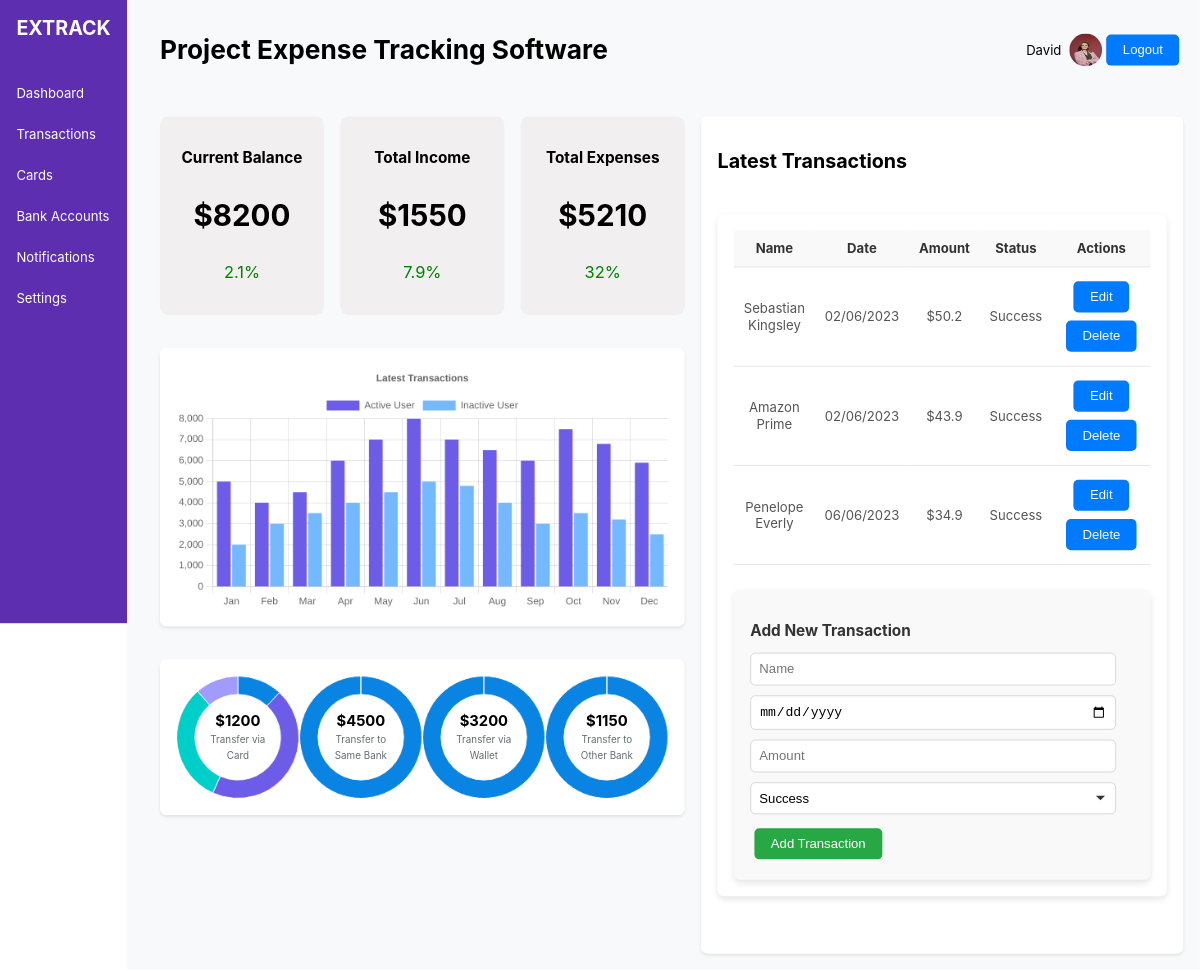
Repository: ChristhurasaRoshan/Expense-Tracker
Page: /login
An editor plug-in stored every save of this project. The page is shown before and after a run of saves, followed by the edit.
The browser window is 1280 px wide. The page is 1463 px wide, so the pictures cover 1463 px, including what lies to the right of the window. The pictures show the whole page, at 82% of full size.
The project was rebuilt for these pictures with package versions that can differ from the ones it lists, and the page was loaded fresh each time. A package was used in the major version that the imports need, not the one package.json lists.

Above is the page before, as saved 2024-08-22 11:44:31.

### src/App.js
import React from 'react';
import { Provider } from 'react-redux'; // Import Provider from react-redux
import store from './store'; // Import the Redux store
import Sidebar from '../src/Components/Sidebar';
import Header from '../src/Components/Header';
import Dashboard from '../src/Components/Dashboard';
import './App.css';

function App() {
  return (
    <Provider store={store}> {/* Wrap the app with Provider */}
      <div className="app">
        <Sidebar />
        <div className="main-content">
          <Header />
          <Dashboard />
        </div>
      </div>
    </Provider>
  );
}

export default App;

### src/store.js
import { configureStore } from '@reduxjs/toolkit';
import transactionReducer from './slices/transactionSlice';
import authReducer from './slices/authSlice';

const store = configureStore({
  reducer: {
    transactions: transactionReducer,
    auth: authReducer,
  },
});

export default store;

### src/Components/Sidebar.jsx
import React from 'react';
import '../Styles/Sidebar.css';

const Sidebar = () => {
  return (
    <div className="sidebar">
      <div className="logo">EXTRACK</div>
      <ul>
        <li>Dashboard</li>
        <li>Transactions</li>
        <li>Cards</li>
        <li>Bank Accounts</li>
        <li>Notifications</li>
        <li>Settings</li>
      </ul>
    </div>
  );
};

export default Sidebar;

### src/Components/Header.jsx
import React from 'react';
import { useHistory } from 'react-router-dom';
import { useDispatch } from 'react-redux'; // Assuming you're using Redux for authentication state
import { logout } from '../slices/authSlice'; // Import your logout action
import '../Styles/Header.css';

const Header = () => {
  const history = useHistory();
  const dispatch = useDispatch();

  const handleLogout = () => {
    // Dispatch the logout action (update your Redux store or clear authentication tokens)
    dispatch(logout());

    // Redirect to the login page
    history.push('/login');
  };

  return (
    <div className="header">
      <h1>Project Expense Tracking Software</h1>
      <div className="user-profile">
        <span>David</span>
        <img src="user-profile.jpg" alt="Profile" />
        <button className="logout-button" onClick={handleLogout}>Logout</button>
      </div>
    </div>
  );
};

export default Header;

### src/Components/Dashboard.jsx
import React from 'react';
import Card from './Card';
import TransactionList from './TransactionList';
import ExpenseChart from './ExpenseChart';
import AmountTransfer from './AmountTransfer';
import '../Styles/Dashboard.css';

const Dashboard = () => {
  return (
    <div className="dashboard">
      <div className="dashboard-left">
        <div className="dashboard-header">
          <Card title="Current Balance" amount="$8200" percentage="2.1%" />
          <Card title="Total Income" amount="$1550" percentage="7.9%" />
          <Card title="Total Expenses" amount="$5210" percentage="32%" />
        </div>
        <ExpenseChart />
        <AmountTransfer />
      </div>
      <div className="dashboard-right">
        <div className="latest-transactions">
          <h2>Latest Transactions</h2>
          <TransactionList />
        </div>
      </div>
    </div>
  );
};

export default Dashboard;

### src/App.css
.app {
  display: flex;
}

.main-content {
  flex: 1;
  background-color: #f8f9fa;
  padding-left: 20px;
}

### src/slices/transactionSlice.js
import { createSlice } from '@reduxjs/toolkit';

const initialState = [
  { id: 1, name: "Sebastian Kingsley", date: "02/06/2023", amount: "$50.2", status: "Success" },
  { id: 2, name: "Amazon Prime", date: "02/06/2023", amount: "$43.9", status: "Success" },
  { id: 3, name: "Penelope Everly", date: "06/06/2023", amount: "$34.9", status: "Success" },
];

const transactionSlice = createSlice({
  name: 'transactions',
  initialState,
  reducers: {
    addTransaction: (state, action) => {
      state.push({ id: Date.now(), ...action.payload });
    },
    deleteTransaction: (state, action) => {
      return state.filter(transaction => transaction.id !== action.payload);
    },
    updateTransaction: (state, action) => {
      const index = state.findIndex(transaction => transaction.id === action.payload.id);
      if (index !== -1) {
        state[index] = { ...state[index], ...action.payload };
      }
    },
  },
});

export const { addTransaction, deleteTransaction, updateTransaction } = transactionSlice.actions;
export default transactionSlice.reducer;

### src/slices/authSlice.js
import { createSlice } from '@reduxjs/toolkit';

const initialState = {
  isAuthenticated: false,
  user: null,
};

const authSlice = createSlice({
  name: 'auth',
  initialState,
  reducers: {
    login: (state, action) => {
      state.isAuthenticated = true;
      state.user = action.payload;
    },
    logout: (state) => {
      state.isAuthenticated = false;
      state.user = null;
    },
    register: (state, action) => {
      // Handle registration if needed
    },
  },
});

export const { login, logout, register } = authSlice.actions;
export default authSlice.reducer;

### src/Styles/Sidebar.css
.sidebar {
    width: 250px;
    background-color: #5d2eaf;
    color: white;
    height: 100vh;
    padding: 20px;
  }

  .logo {
    font-size: 24px;
    font-weight: bold;
    margin-bottom: 40px;
  }

  .sidebar ul {
    list-style: none;
    padding: 0;
  }

  .sidebar ul li {
    padding: 15px 0;
    cursor: pointer;
  }

  .sidebar ul li:hover {
    background-color: rgba(255, 255, 255, 0.1);
  }

### src/Styles/Header.css
.header {
    display: flex;
    justify-content: space-between;
    align-items: center;
    padding: 20px;
  }

  .user-profile {
    display: flex;
    align-items: center;
  }

  .user-profile span {
    margin-right: 10px;
  }

  .user-profile img {
    width: 40px;
    height: 40px;
    border-radius: 50%;
  }

### src/Components/Card.jsx
import React from 'react';
import '../Styles/Card.css';

const Card = ({ title, amount, percentage }) => {
  return (
    <div className="card">
      <h3>{title}</h3>
      <p className="amount">{amount}</p>
      <p className="percentage">{percentage}</p>
    </div>
  );
};

export default Card;

### src/Components/TransactionList.jsx
import React, { useState } from 'react';
import { useDispatch, useSelector } from 'react-redux';
import { addTransaction, deleteTransaction, updateTransaction } from '../slices/transactionSlice';
import '../Styles/TransactionList.css';

const TransactionList = () => {
  const transactions = useSelector((state) => state.transactions);
  const dispatch = useDispatch();

  const [newTransaction, setNewTransaction] = useState({ name: '', date: '', amount: '', status: 'Success' });
  const [editTransaction, setEditTransaction] = useState(null);
  const [errors, setErrors] = useState({});

  const validateTransaction = (transaction) => {
    const errors = {};
    if (!transaction.name) errors.name = 'Name is required';
    if (!transaction.date) errors.date = 'Date is required';
    if (!transaction.amount || isNaN(transaction.amount) || Number(transaction.amount) <= 0) errors.amount = 'Amount must be a positive number';
    return errors;
  };

  const handleAddTransaction = () => {
    const validationErrors = validateTransaction(newTransaction);
    if (Object.keys(validationErrors).length === 0) {
      dispatch(addTransaction({ ...newTransaction, id: Date.now() })); // Add unique id
      setNewTransaction({ name: '', date: '', amount: '', status: 'Success' });
      setErrors({});
    } else {
      setErrors(validationErrors);
    }
  };

  const handleUpdateTransaction = (id) => {
    if (editTransaction) {
      const validationErrors = validateTransaction(editTransaction);
      if (Object.keys(validationErrors).length === 0) {
        dispatch(updateTransaction({ id, ...editTransaction }));
        setEditTransaction(null);
        setErrors({});
      } else {
        setErrors(validationErrors);
      }
    }
  };

  const handleEditClick = (transaction) => {
    setEditTransaction({ ...transaction });
    setErrors({});
  };

  const handleDelete = (id) => {
    const isConfirmed = window.confirm("Are you sure you want to delete this transaction?");
    if (isConfirmed) {
      dispatch(deleteTransaction(id));
    }
  };

  return (
    <div className="transaction-list">
      <table>
        <thead>
          <tr>
            <th>Name</th>
            <th>Date</th>
            <th>Amount</th>
            <th>Status</th>
            <th>Actions</th>
          </tr>
        </thead>
        <tbody>
          {transactions.map((transaction) => (
            <tr key={transaction.id}>
              <td>
                {editTransaction && editTransaction.id === transaction.id ? (
                  <input
                    type="text"
                    value={editTransaction.name}
                    onChange={(e) => setEditTransaction({ ...editTransaction, name: e.target.value })}
                  />
                ) : (
                  transaction.name
                )}
              </td>
              <td>
                {editTransaction && editTransaction.id === transaction.id ? (
                  <input
                    type="date"
                    value={editTransaction.date}
                    onChange={(e) => setEditTransaction({ ...editTransaction, date: e.target.value })}
                  />
                ) : (
                  transaction.date
                )}
              </td>
              <td>
                {editTransaction && editTransaction.id === transaction.id ? (
                  <input
                    type="text"
                    value={editTransaction.amount}
                    onChange={(e) => setEditTransaction({ ...editTransaction, amount: e.target.value })}
                  />
                ) : (
                  transaction.amount
                )}
              </td>
              <td>
                {editTransaction && editTransaction.id === transaction.id ? (
                  <select
                    value={editTransaction.status}
                    onChange={(e) => setEditTransaction({ ...editTransaction, status: e.target.value })}
                  >
                    <option value="Success">Success</option>
                    <option value="Fail">Fail</option>
                  </select>
                ) : (
                  transaction.status
                )}
              </td>
              <td>
                {editTransaction && editTransaction.id === transaction.id ? (
                  <>
                    <button onClick={() => handleUpdateTransaction(transaction.id)}>Save</button>
                    <button onClick={() => setEditTransaction(null)}>Cancel</button>
                  </>
                ) : (
                  <>
                    <button onClick={() => handleEditClick(transaction)}>Edit</button>
                    <button onClick={() => handleDelete(transaction.id)}>Delete</button>
                  </>
                )}
              </td>
            </tr>
          ))}
        </tbody>
      </table>

      <div className="add-transaction">
        <h3>Add New Transaction</h3>
        <input
          type="text"
          placeholder="Name"
          value={newTransaction.name}
          onChange={(e) => setNewTransaction({ ...newTransaction, name: e.target.value })}
        />
        {errors.name && <p className="error">{errors.name}</p>}
        <input
          type="date"
          placeholder="Date"
          value={newTransaction.date}
          onChange={(e) => setNewTransaction({ ...newTransaction, date: e.target.value })}
        />
        {errors.date && <p className="error">{errors.date}</p>}
        <input
          type="text"
          placeholder="Amount"
          value={newTransaction.amount}
          onChange={(e) => setNewTransaction({ ...newTransaction, amount: e.target.value })}
        />
        {errors.amount && <p className="error">{errors.amount}</p>}
        <select
          value={newTransaction.status}
          onChange={(e) => setNewTransaction({ ...newTransaction, status: e.target.value })}
        >
          <option value="Success">Success</option>
          <option value="Fail">Fail</option>
        </select>
        <button onClick={handleAddTransaction}>Add Transaction</button>
      </div>
    </div>
  );
};

export default TransactionList;

### src/Components/ExpenseChart.jsx
import React from 'react';
import { Bar } from 'react-chartjs-2';
import { Chart as ChartJS, CategoryScale, LinearScale, BarElement, Title, Tooltip, Legend } from 'chart.js';
import '../Styles/ExpenseChart.css';


ChartJS.register(CategoryScale, LinearScale, BarElement, Title, Tooltip, Legend);

const ExpenseChart = () => {
  const data = {
    labels: ['Jan', 'Feb', 'Mar', 'Apr', 'May', 'Jun', 'Jul', 'Aug', 'Sep', 'Oct', 'Nov', 'Dec'],
    datasets: [
      {
        label: 'Active User',
        data: [5000, 4000, 4500, 6000, 7000, 8000, 7000, 6500, 6000, 7500, 6800, 5900],
        backgroundColor: '#6c5ce7',
      },
      {
        label: 'Inactive User',
        data: [2000, 3000, 3500, 4000, 4500, 5000, 4800, 4000, 3000, 3500, 3200, 2500],
        backgroundColor: '#74b9ff',
      },
    ],
  };

  const options = {
    responsive: true,
    plugins: {
      legend: {
        position: 'top',
      },
      title: {
        display: true,
        text: 'Latest Transactions',
      },
    },
  };

  return (
    <div className="chart-container">
      <Bar data={data} options={options} />
    </div>
  );
};

export default ExpenseChart;

### src/Components/AmountTransfer.jsx
import React from 'react';
import { Doughnut } from 'react-chartjs-2';
import { Chart as ChartJS, ArcElement, Tooltip, Legend } from 'chart.js';
import '../Styles/AmountTransfer.css';

ChartJS.register(ArcElement, Tooltip, Legend);

const AmountTransfer = () => {
  const data = {
    labels: ['Transfer via Card', 'Transfer to Same Bank', 'Transfer via Wallet', 'Transfer to Other Bank'],
    datasets: [
      {
        data: [1200, 4500, 3200, 1150],
        backgroundColor: ['#0984e3', '#6c5ce7', '#00cec9', '#a29bfe'],
        hoverBackgroundColor: ['#74b9ff', '#a29bfe', '#81ecec', '#dfe6e9'],
        borderWidth: 1,
      },
    ],
  };

  const options = {
    responsive: true,
    plugins: {
      legend: {
        display: false,
      },
    },
    cutout: '70%',
  };

  return (
    <div className="amount-transfer-container">
      <div className="doughnut-chart">
        <Doughnut data={data} options={options} />
        <div className="chart-label">
          <p>$1200</p>
          <span>Transfer via Card</span>
        </div>
      </div>
      <div className="doughnut-chart">
        <Doughnut data={{ ...data, datasets: [{ ...data.datasets[0], data: [4500] }] }} options={options} />
        <div className="chart-label">
          <p>$4500</p>
          <span>Transfer to Same Bank</span>
        </div>
      </div>
      <div className="doughnut-chart">
        <Doughnut data={{ ...data, datasets: [{ ...data.datasets[0], data: [3200] }] }} options={options} />
        <div className="chart-label">
          <p>$3200</p>
          <span>Transfer via Wallet</span>
        </div>
      </div>
      <div className="doughnut-chart">
        <Doughnut data={{ ...data, datasets: [{ ...data.datasets[0], data: [1150] }] }} options={options} />
        <div className="chart-label">
          <p>$1150</p>
          <span>Transfer to Other Bank</span>
        </div>
      </div>
    </div>
  );
};

export default AmountTransfer;

### src/Styles/Dashboard.css
.dashboard {
    display: flex;
    gap: 20px;
    padding: 20px;
  }

  .dashboard-left {
    display: flex;
    flex-direction: column;
    gap: 20px;
  }

  .dashboard-header {
    display: flex;
    justify-content: space-between;
    gap: 20px;
  }

  .dashboard-right {
    background-color: #fff;
    padding: 20px;
    border-radius: 8px;
    box-shadow: 0 2px 4px rgba(0, 0, 0, 0.1);
  }

  .latest-transactions {
    margin-top: 20px;
  }

  .latest-transactions h2 {
    margin-bottom: 20px;
  }

  .chart-container,
  .amount-transfer-container {
    background-color: #fff;
    padding: 20px;
    border-radius: 8px;
    box-shadow: 0 2px 4px rgba(0, 0, 0, 0.1);
  }

### src/Styles/Card.css
.card {
    background-color: #f1efef;
    border-radius: 10px;
    padding: 20px;
    width: 30%;
    text-align: center;
  }

  .card .amount {
    font-size: 36px;
    font-weight: bold;
  }

  .card .percentage {
    color: green;
    font-size: 20px;
  }

### src/Styles/TransactionList.css
/* Container for the transaction list */
.transaction-list {
  max-width: 900px;
  margin: 50px auto;
  padding: 20px;
  border-radius: 8px;
  box-shadow: 0 4px 8px rgba(0, 0, 0, 0.1);
  background-color: #ffffff;
}

/* Table styles */
table {
  width: 100%;
  border-collapse: collapse;
}

th, td {
  padding: 12px;
  border-bottom: 1px solid #e1e1e1;
  text-align: center;
}

th {
  background-color: #f9f9f9;
  color: #333;
  font-weight: bold;
}

td {
  color: #555;
}

/* Form input styles */
input[type="text"], input[type="date"], select {
  padding: 10px;
  width: calc(100% - 22px); /* Adjusted width */
  margin-bottom: 12px;
  border: 1px solid #d1d1d1;
  border-radius: 6px;
  box-sizing: border-box;
  font-size: 16px;
}

input:focus, select:focus {
  border-color: #007BFF;
  outline: none;
  box-shadow: 0 0 5px rgba(0, 123, 255, 0.5);
}

/* Button styles */
button {
  padding: 10px 20px;
  margin: 5px;
  border: none;
  background-color: #007BFF;
  color: white;
  cursor: pointer;
  border-radius: 6px;
  font-size: 16px;
  transition: background-color 0.3s ease, transform 0.2s ease;
}

button:hover {
  background-color: #0056b3;
  transform: scale(1.05);
}

/* Add transaction section styles */
.add-transaction {
  margin-top: 30px;
  padding: 20px;
  border-radius: 8px;
  background-color: #f9f9f9;
  box-shadow: 0 4px 8px rgba(0, 0, 0, 0.1);
}

.add-transaction h3 {
  margin-bottom: 15px;
  color: #333;
}

/* Dropdown styling */
select {
  appearance: none;
  background-color: #ffffff;
  background-image: url('data:[embedded picture, 153 characters]');
  background-repeat: no-repeat;
  background-position: right 12px center;
  background-size: 12px 7px;
  padding: 10px;
  border: 1px solid #d1d1d1;
  border-radius: 6px;
  font-size: 16px;
}

/* Button variations for add and delete actions */
.add-transaction button {
  background-color: #28a745;
}

.add-transaction button:hover {
  background-color: #218838;
}

.delete-btn {
  background-color: #dc3545;
}

.delete-btn:hover {
  background-color: #c82333;
}

/* Error message styling */
.error {
  color: #dc3545; /* Red color for errors */
  font-size: 14px;
  margin-top: -10px;
  margin-bottom: 10px;
}

/* Additional Styles */
.add-transaction input[type="text"],
.add-transaction input[type="date"],
.add-transaction select {
  margin-bottom: 12px; /* Adjusted margin for consistency */
}

### src/Styles/ExpenseChart.css
.chart-container {
    margin-top: 20px;
  }

### src/Styles/AmountTransfer.css
.amount-transfer-container {
    display: flex;
    justify-content: space-between;
    margin-top: 20px;
  }

  .doughnut-chart {
    position: relative;
    width: 150px;
    height: 150px;
  }

  .chart-label {
    position: absolute;
    top: 50%;
    left: 50%;
    transform: translate(-50%, -50%);
    text-align: center;
  }

  .chart-label p {
    margin: 0;
    font-size: 18px;
    font-weight: bold;
  }

  .chart-label span {
    font-size: 12px;
    color: #636e72;
  }

Loaded but not shown: public/index.html (common file); src/index.js (common file); src/index.css (common file); src/reportWebVitals.js (common file)

After the next 3 saves:
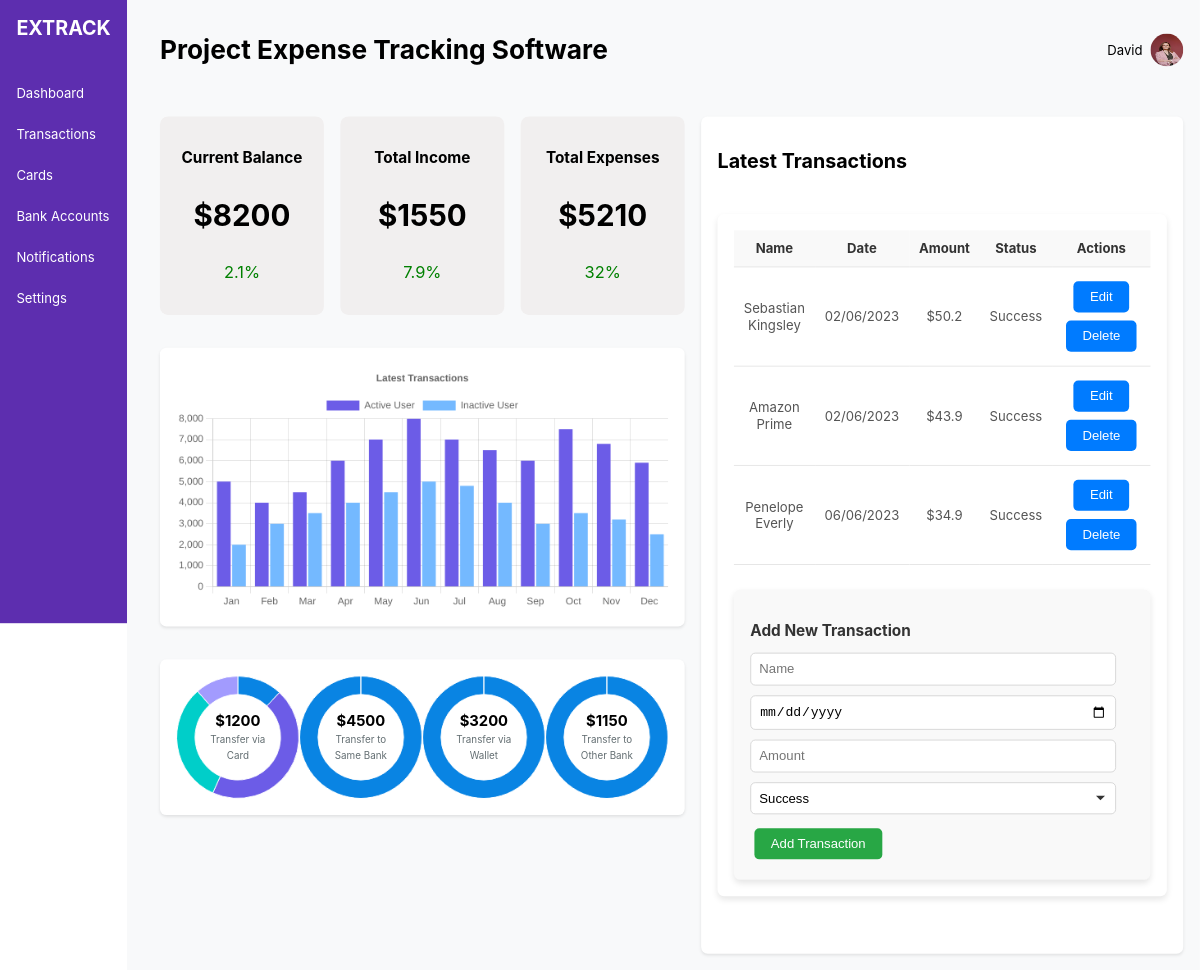
The 3 saves are shown as one change because 2 did not build or start.
The last was saved 2 min 36 s later.
--- a/src/Components/Header.jsx
+++ b/src/Components/Header.jsx
@@ -1,28 +1,13 @@
 import React from 'react';
-import { useHistory } from 'react-router-dom';
-import { useDispatch } from 'react-redux'; // Assuming you're using Redux for authentication state
-import { logout } from '../slices/authSlice'; // Import your logout action
 import '../Styles/Header.css';
 
 const Header = () => {
-  const history = useHistory();
-  const dispatch = useDispatch();
-
-  const handleLogout = () => {
-    // Dispatch the logout action (update your Redux store or clear authentication tokens)
-    dispatch(logout());
-
-    // Redirect to the login page
-    history.push('/login');
-  };
-
   return (
     <div className="header">
       <h1>Project Expense Tracking Software</h1>
       <div className="user-profile">
         <span>David</span>
         <img src="user-profile.jpg" alt="Profile" />
-        <button className="logout-button" onClick={handleLogout}>Logout</button>
       </div>
     </div>
   );
